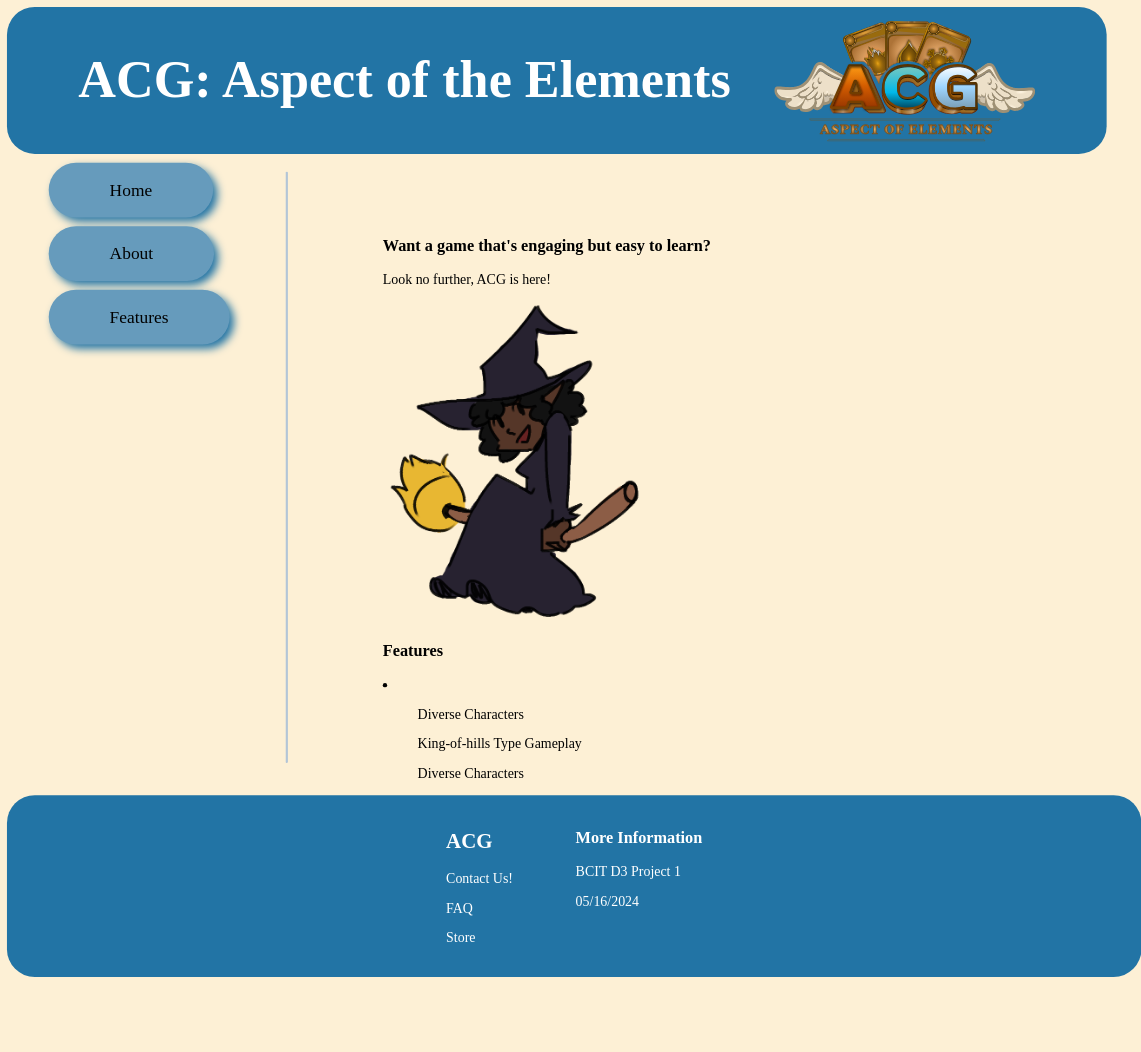
Repository: Delukalgh/ACG
Page: Features.html
An editor plug-in stored every save of this project. The page is shown before and after the next save, followed by the edit.
The browser window is 1280 px wide. The page is 1312 px wide, so the pictures cover 1312 px, including what lies to the right of the window. The pictures show the whole page, at 87% of full size.

Above is the page before, as saved 2024-05-15 15:36:35.

### Features.html
<!DOCTYPE html>
<html lang="en">

<head>
  <meta charset="UTF-8">
  <meta name="viewport" content="width=device-width, initial-scale=1.0">
  <meta http-equiv="X-UA-Compatible" content="ie=edge">
  <title>ACG Home Page</title>
  <link rel="stylesheet" href="features-style.css">
</head>

<body>
  <script src="index.js"></script>
  <div class="main-container">
    <div class="header-container">
      <h1 class="acg-header">ACG: Aspect of the Elements</h1>
      <img class="acg-logo" src="images/ACG-Logo.svg" alt="acg logo" style="width: 300px;" />
    </div>
    <div class="vertical-line"></div>

    <!--Side Menu-->
    <div class="buttons-container">
      <div class="button">
        <a class="link" href="index.html">
          <button class="about-page">Home</button>
        </a>
      </div>
    <div class="button">
      <a class="link" href="about.html">
        <button class="about-page">About</button>
      </a>
    </div>
    <div class="button">
      <a class="link" href="features.html">
        <button class="about-page">Features</button>
      </a>
    </div>
    </div>

    <!--Content-->
    <div class="features-container">
      <div class="content">
      <h3>Want a game that's engaging but easy to learn?</h3>
      <p>Look no further, ACG is here!</p>
        <img src="images/IllustrationWitchGirl.png" width="300px"/>


        <h3>Features</h3>
        <li>
          <ul>Diverse Characters</ul>
          <ul>King-of-hills Type Gameplay</ul>
          <ul>Diverse Characters</ul>
        </li>
      </div>
    </div>

    <!--Footer-->
    <div class="footer-container">
      <div class="footer-group-1">
        <h2>ACG</h2>
        <p>Contact Us!</p>
        <p>FAQ</p>
        <p>Store</p>
      </div>

      <div class="footer-group-2">
        <h3>More Information</h3>
        <p>BCIT D3 Project 1</p>
        <p>05/16/2024</p>
      </div>
    </div>
  </div>
</body>

</html>

### features-style.css
body {
  background-color: #FDF0D5;
}

.main-container {
  position: relative;
  min-height: 100vh;
}
.header-container {
  display: flex;
  background-color: #2274A5;
  padding: 10px;
  justify-content: center;
  border-radius: 32px;
}

.acg-header {
  color: white;
  font-family: cursive;
  font-size: 60px;
}

.acg-logo {
  display: flex;
  margin-left: 50px;
}

.vertical-line {
  border-left: 3px solid #B3C5D7;
  height: 42.5em;
  position:absolute;
  margin-left: 20em;
  border-radius: 32px;
  margin-top: 20px;
}
.buttons-container {
  width: fit-content;
}
.button {
  display: flex;
  justify-content: center;
  margin-top: 10px;
  justify-content: left;
  margin-left: 3em;
}

.about-page {
  display: flex;
  background-color: #669BBC;
  padding: 20px 70px;
  border-radius: 32px;
  border: none;
  font-size: 20px;
  font-family: cursive;
  box-shadow: 5px 5px 10px #2274A5;
  cursor: pointer;
}

.link {
  text-decoration: none;
}

.footer-container {
  display: flex;
  background-color: #2274A5;
  padding: 20px;
  justify-content: center;
  border-radius: 32px;

  width: 100%;
  color: white;
  font-family: cursive;
}

.footer-group-1 {
margin-right: 10vh;
height: 100%;
}

.features-container {
  margin-left: 60vh;
  position:relative;
  margin-top: -20vh;

}

Loaded but not shown: index.js (no stored copy; drawn as an empty file)

After the next save:
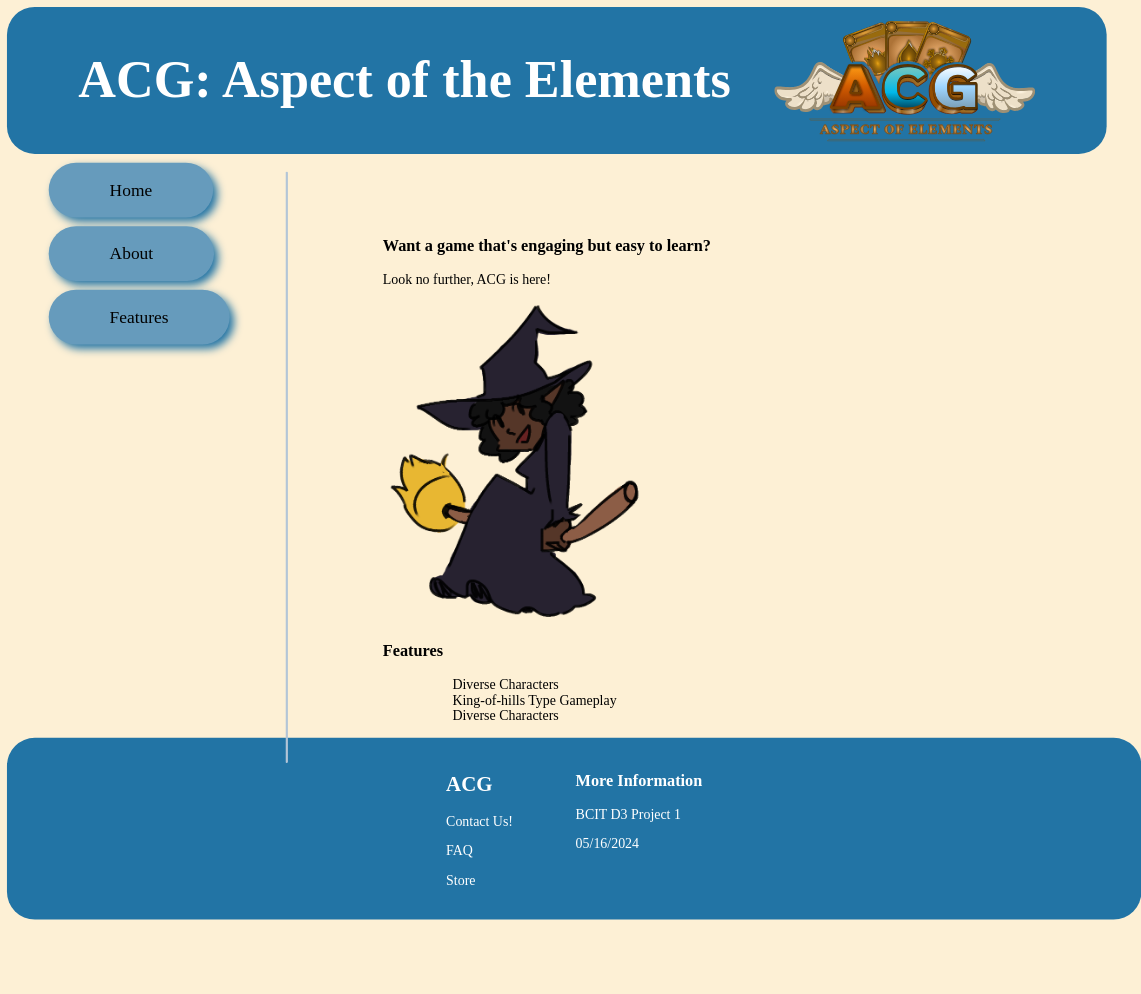
Saved 15 s later.
--- a/Features.html
+++ b/Features.html
@@ -46,11 +46,11 @@
 
 
         <h3>Features</h3>
-        <li>
+        <ul>
           <ul>Diverse Characters</ul>
           <ul>King-of-hills Type Gameplay</ul>
           <ul>Diverse Characters</ul>
-        </li>
+        </ul>
       </div>
     </div>
 
